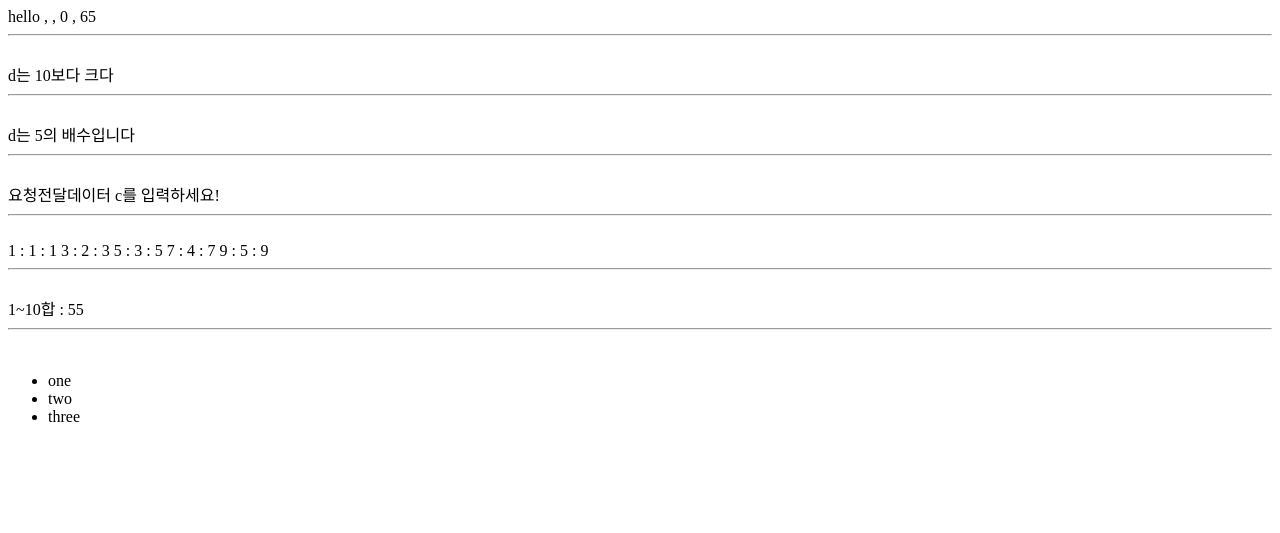
Repository: phoresis92/KITRI_JSP
Page: http://localhost/eljstl2/jstl.jsp
An editor plug-in stored every save of this project. The page is shown before and after the next save, followed by the edit.
The browser window is 1280 px wide. The pictures show the whole page.
The page is served by Tomcat 9. Other server files are loaded and not shown.

Above is the page before, as saved 2018-12-20 06:51:00.

### JSP_workspace/eljstl2/WebContent/jstl.jsp
<%@page import="java.util.List"%>
<%@page import="java.util.ArrayList"%>
<%@ page language="java" contentType="text/html; charset=UTF-8"
	pageEncoding="UTF-8"%>
<%@ taglib prefix="c" uri="http://java.sun.com/jsp/jstl/core"%>
<!DOCTYPE html>
<html>
<head>
<meta charset="UTF-8">
<title>Insert title here</title>
</head>
<body>
	<c:set var="a" value="hello"/>
	<c:set var="b" value="${param.test}"/>
	<c:set var="c" value="${param.a+param.b}"/>
	<c:set var="d" value="${ c+10 }"/>
	<c:set var="d" value="${ d+55 }"/>

	${ a } , ${ b } , ${ c } , ${ d }
	<hr><br>
	<c:if test="${ d>10 }">
		d는 10보다 크다
	</c:if>
	<hr><br>
	<c:choose>
		<c:when test="${ d%2 == 0 }">d는 짝수입니다</c:when>
		<c:when test="${ d%5 == 0 }">d는 5의 배수입니다</c:when>
		<c:otherwise>d는 짝수가 아니고, 5의 배수도 아닙니다</c:otherwise>
	</c:choose>

	<hr><br>
	<!-- null이거나 ""인 경우 -->
	<c:if test="${empty param.c}">
		요청전달데이터 c를 입력하세요!
	</c:if>
	<hr><br>

	<c:forEach begin="1" end="10" step="2" var="i" varStatus="status">
		${status.index} : ${status.count} : ${ i }
	</c:forEach>


	<hr><br>
	<c:set var="sum" value="0"/>
	<c:forEach begin="1" end="10" step="1" var="i">
		<c:set var="sum" value="${sum+i}"/>
	</c:forEach>
		1~10합 : ${ sum }

	<hr><br>
	<%
	//서블릿에서 설정될 내용
	List<String> list = new ArrayList<>();
	list.add("one");
	list.add("two");
	list.add("three");
	request.setAttribute("list", list);
	%>
	<ul>
	<c:forEach items="${requestScope.list }" var="item" >
		<li>${ item }</li>
	</c:forEach>
	</ul>
</body>
</html>

After the next save:
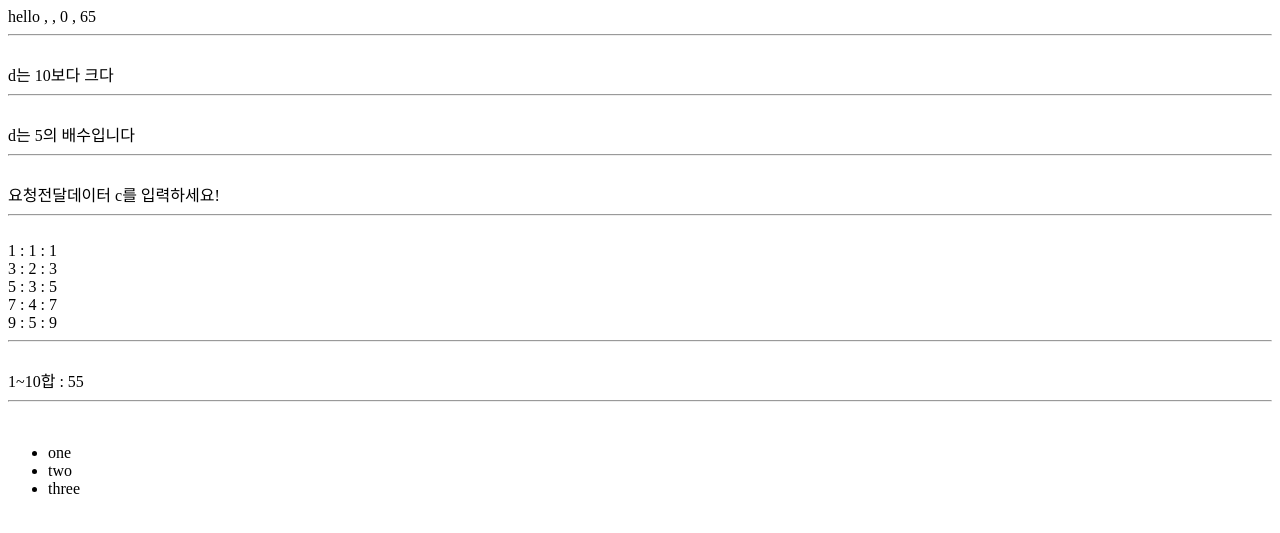
Saved 10 s later.
--- a/JSP_workspace/eljstl2/WebContent/jstl.jsp
+++ b/JSP_workspace/eljstl2/WebContent/jstl.jsp
@@ -36,7 +36,7 @@
 	<hr><br>
 
 	<c:forEach begin="1" end="10" step="2" var="i" varStatus="status">
-		${status.index} : ${status.count} : ${ i }
+		${status.index} : ${status.count} : ${ i } <br>
 	</c:forEach>
 
 
